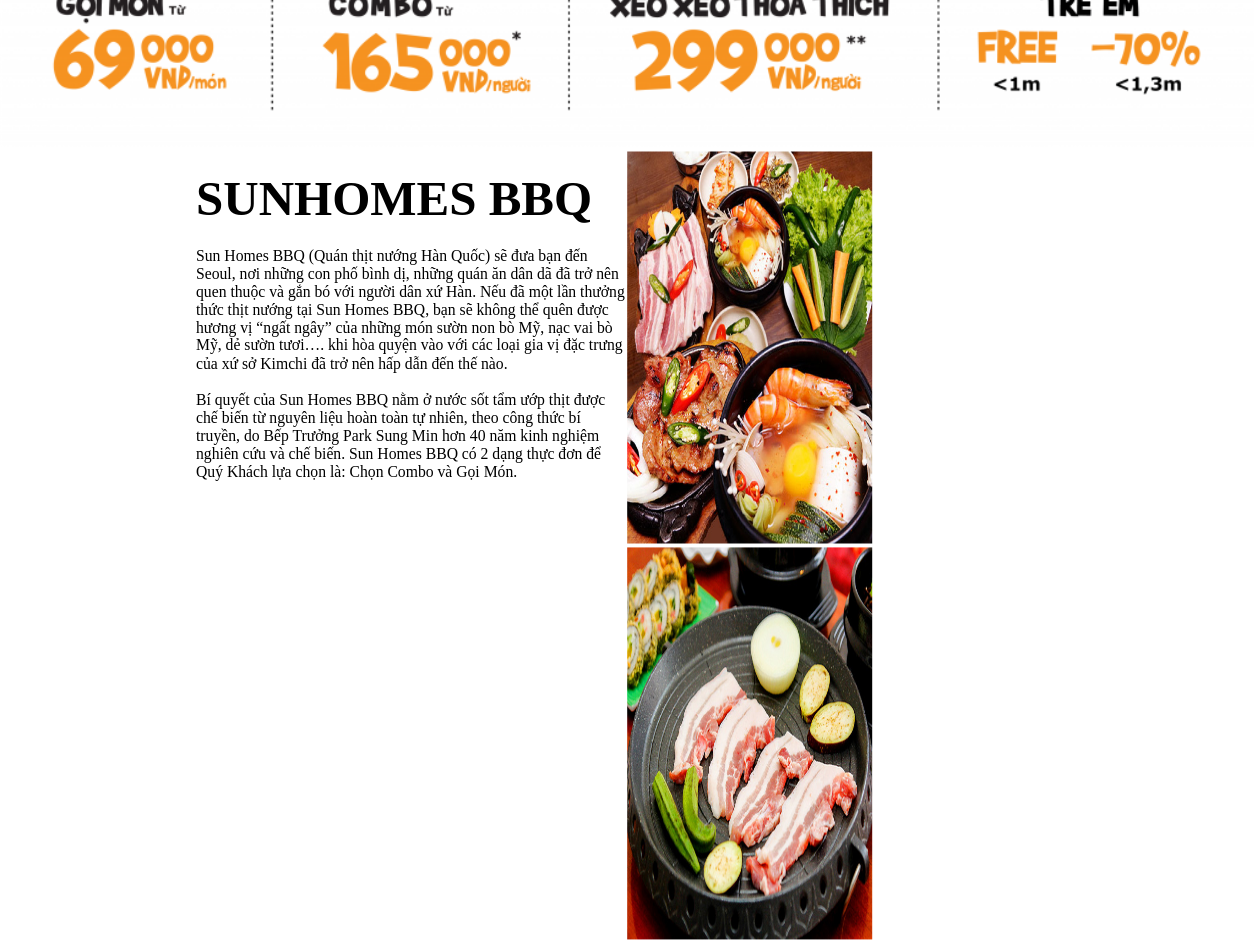
Repository: QUANGTHAI2003/sunhomesbbq
Page: index.html
These files come from the project's save history. The page is drawn as it stood at one moment and after the next save; the edit follows.
The browser window is 1280 px wide. The pictures show the part of the page from y = 1020 to 1984 px (the page is 1984 px tall), at 98% of full size.
A picture or video elsewhere on the page could not be fetched, so the positions and the page height are approximate.

Above is the page before, as saved 2022-02-10 20:22:46.

After the next save:
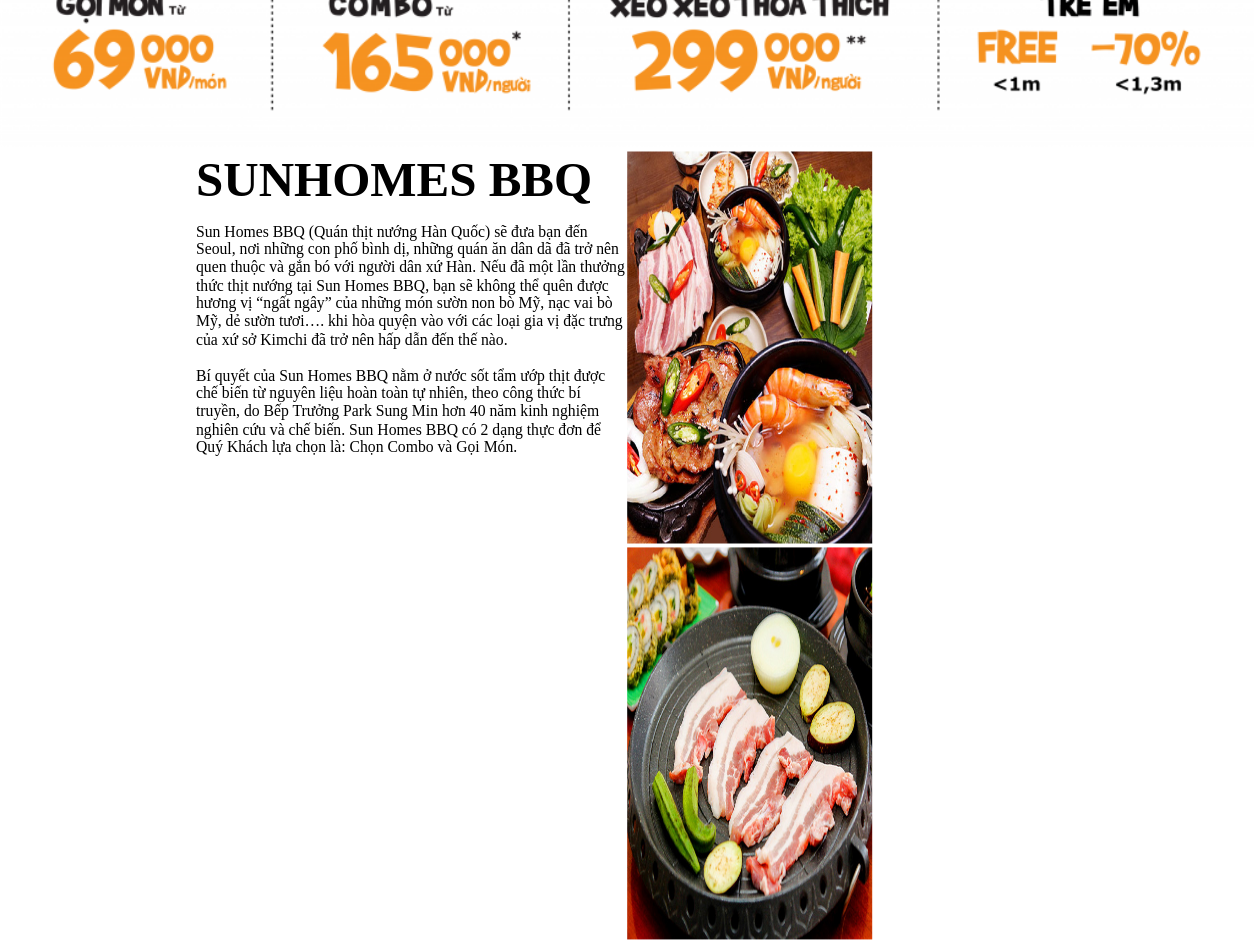
Saved 23 s later.
--- a/style.css
+++ b/style.css
@@ -68,7 +68,7 @@
 
 .section-left .section-heading {
     font-size: 50px;
-    padding: 20px 0;
+    margin: 0 0 15px;
     font-family: Berkshire Swash;
 }
 .section-images {
